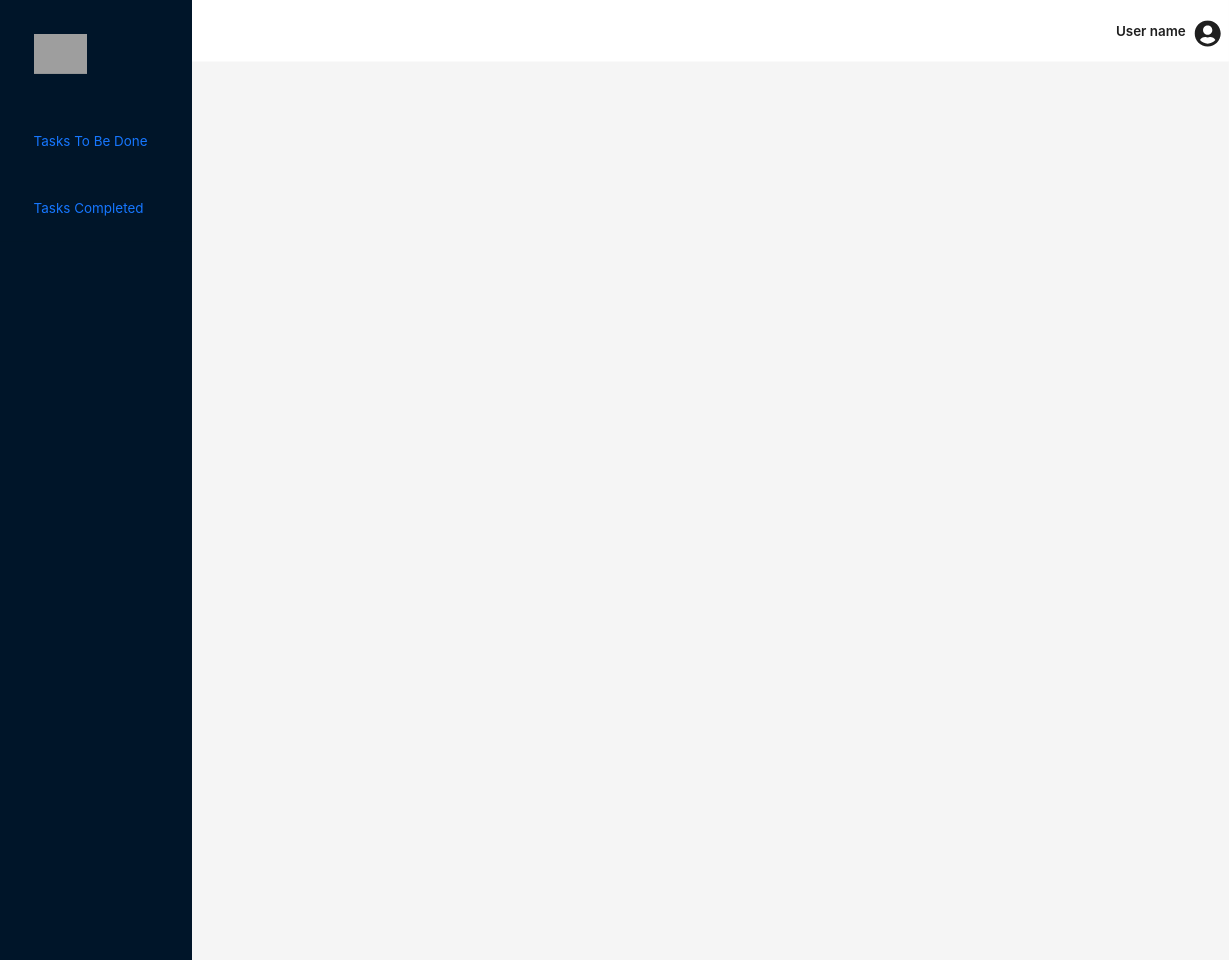
Repository: runner855/todolist_new
Page: /
The author's editor kept a copy of each file at every save. The page is drawn from the files as they stood at one save, then again after the next save.
The browser window is 1280 px wide. The pictures show the whole page, at 96% of full size.
Pictures or frames that could not be fetched are drawn as grey boxes. The project was rebuilt for these pictures with package versions that can differ from the ones it lists, and the page was loaded fresh each time.

Above is the page before, as saved 2023-03-19 22:19:51.

### src/index.tsx
import React from "react";
import ReactDOM from "react-dom/client";
import "./index.css";
import { App } from "./App";
import { BrowserRouter } from "react-router-dom";

const root = ReactDOM.createRoot(
  document.getElementById("root") as HTMLElement
);
root.render(
  <React.StrictMode>
    <BrowserRouter>
    <App />
    </BrowserRouter>
  </React.StrictMode>
);

### src/App.tsx
import React from 'react';
import './App.css';
import { NavBar } from './components/NavBar/NavBar';

export const App = () =>{
  return (
    <div className="App">
      <NavBar/>

    </div>
  );
}

### src/components/NavBar/NavBar.tsx
import React from 'react';

import { Layout, Menu, theme } from 'antd';
import { FaUserCircle } from 'react-icons/fa';
import { PagesArray } from '../../Utilities/Utility'
import "../NavBar/NavBar.css";
import { NavLink } from 'react-router-dom';

const { Header, Content, Footer, Sider } = Layout;

export const NavBar = () => {

  const {
    token: { colorBgContainer },
  } = theme.useToken();

  return (
      <Layout>
      <Sider
        breakpoint="lg"
        collapsedWidth="0"
        style={{height:1000}}
        onBreakpoint={(broken) => {
          console.log(broken);
        }}
        onCollapse={(collapsed, type) => {
          console.log(collapsed, type);
        }}
      >
        <div className="logo" />
        {/* <Menu
          theme="dark"
          mode="inline"
          items={PagesArray && PagesArray.map(
            (item, index) => ({
              key: index,

              label:  item.label ? <NavLink   to={item.to}>{item.label}</NavLink> :
              <img  className="logo"src={item.image} alt="logo"/>
            })
          )}


        /> */}
      <Menu theme="dark" mode="inline">{PagesArray && PagesArray.map((item, index) => {
        return (
        <ul className='links_container'>
          <li className='item_link'>{item.label ? <NavLink to={item.to}>{item.label}</NavLink>: <img src={item.image} alt="logo"/>}</li>
        </ul>



        )
      })}</Menu>
      </Sider>
      <Layout>
        <Header style={{ padding: 0, background: colorBgContainer }}>
        <div className='avatar_container'>
          <ul className='user'>
            <li className='user_text'>User name</li>
            <li className='user_icon'><FaUserCircle/></li>

          </ul>
          </div>

        </Header>
      </Layout>
    </Layout>
   );
}

### src/Utilities/Utility.tsx
import { TASKS_TO_BE_DONE, TASKS_COMPLETED } from '../Constants/Dictionary';
import { AppUrls } from '../Types/appTypes';
import { LOGO } from '../Constants/Dictionary';
export const PagesArray = [
  {image:LOGO},
  {label: TASKS_TO_BE_DONE, to: AppUrls.TASKS_TO_BE_DONE},
  {label: TASKS_COMPLETED, to: AppUrls.TASKS_COMPLETED},

]

### src/components/NavBar/NavBar.css
#components-layout-demo-responsive .logo {
  height: 32px;
  margin: 16px;
  background: rgba(255, 255, 255, 0.2);
}

li {
  list-style-type: none;
}

.user {
  display: flex;
  flex-direction: row;
  justify-content: right;
}

.user_icon {
  font-size: 2em;
  margin-right: 0.1em;
  margin: 0em 0.3em 0em 0.3em;
  line-height: 1.8;
}

.user_text {
  line-height: 2.7;
  font-weight: 600;
}

img {
  height: 3em;
}

.links_container {
  display: flex;
  flex: column;
}

.item_link {
  margin: 2.5em;
}

a:visited {
  border-left: solid red 2px;
}

### src/Constants/Dictionary.ts
export const TASKS_TO_BE_DONE = "Tasks To Be Done";
export const TASKS_COMPLETED = "Tasks Completed"
export const LOGO = "https://pbs.twimg.com/profile_images/964093705748729856/nzx2mHKW_400x400.jpg";

### src/Types/appTypes.tsx

export enum AppUrls {
  TASKS_TO_BE_DONE = `/tasks_to_be_done`,
  TASKS_COMPLETED = "/tasks_copleted",

}

export enum LanguageEnum {
  EN = "en",
}

Loaded but not shown: public/index.html (common file); src/index.css (common file); src/App.css (common file)

After the next save:
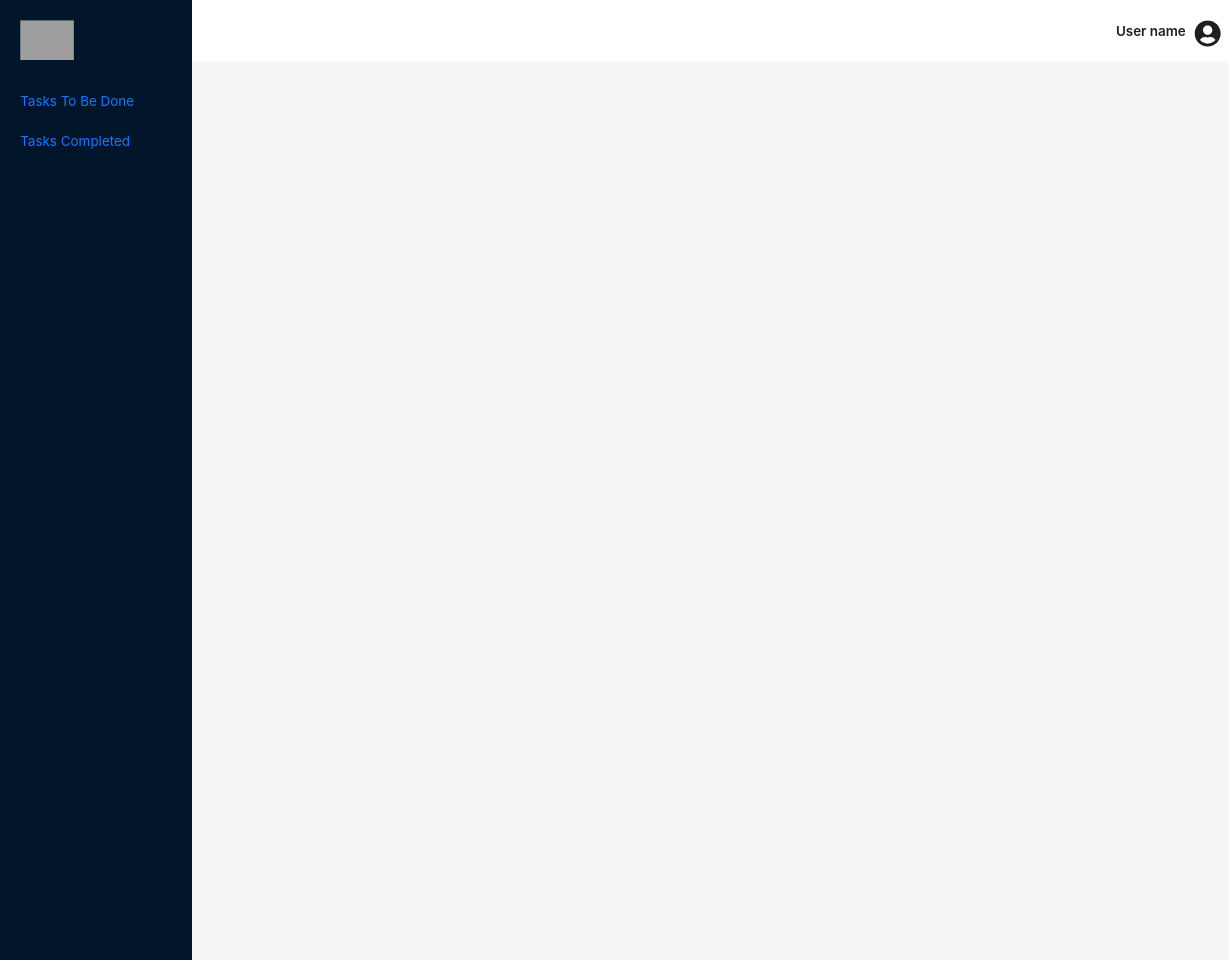
Saved 15 s later.
--- a/src/components/NavBar/NavBar.css
+++ b/src/components/NavBar/NavBar.css
@@ -36,7 +36,7 @@ img {
 }
 
 .item_link {
-  margin: 2.5em;
+  margin: 1.5em;
 }
 
 a:visited {
